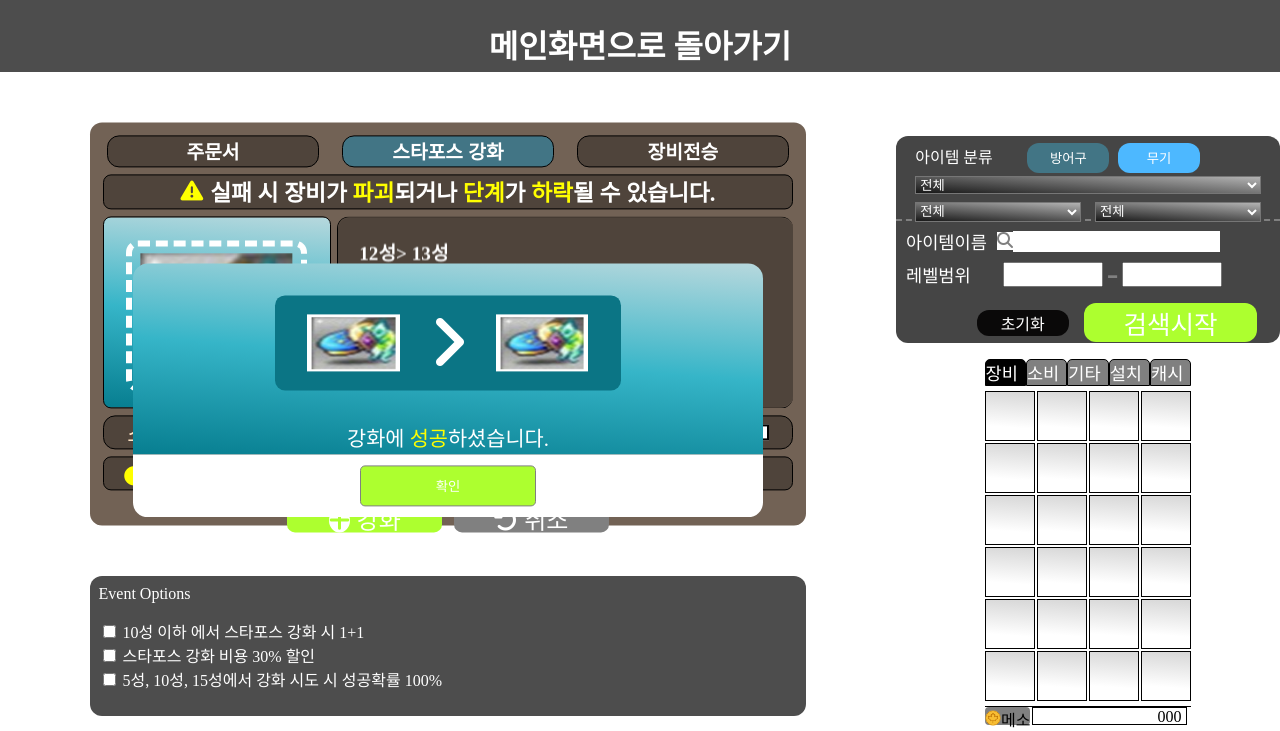
Repository: Unique0902/maple-sim
Page: starsim.html
The author's editor kept a copy of each file at every save. The page is drawn from the files as they stood at one save, then again after the next save.
The browser window is 1280 px wide. The pictures show the whole page.
Some web libraries are served in a nearby version.

Above is the page before, as saved 2022-07-19 00:43:19.

### starsim.html
<!DOCTYPE html>
<html>
  <head>
    <meta charset="utf-8" />
    <script src="https://cdn.jsdelivr.net/npm/sweetalert2@9"></script>
    <link rel="stylesheet" href="starCatchFrame.css" />
    <title>스타포스 시뮬레이터</title>
    <script
      src="https://kit.fontawesome.com/5e90eb26c9.js"
      crossorigin="anonymous"
    ></script>
    <link rel="stylesheet" href="starsim_style.css" />
    <script src="starForceLogic.js" defer></script>
    <script src="starsim_main.js" defer></script>
  </head>
  <body>
    <header>
      <a href="index.html" class="header__anchor"
        ><h1>메인화면으로 돌아가기</h1></a
      >
    </header>
    <main>
      <section class="reinforceWindow">
        <div class="reinforceBox">
          <div class="renforceBox__outerBox none">
            <div class="reinforceBox__borderBox">
              <img
                src="picture/drag.png"
                alt="dragout"
                class="reinforceBox__img"
              />
              <p class="reinforceBox__description">
                강화할 장비를<br />올려주세요.
              </p>
            </div>
          </div>
          <div class="starforceBox ">
            <div class="starforceBox__reinforceSelects">
              <button class="starforceBox__reinforceSelect">
                주문서
              </button>
              <button class="starforceBox__reinforceSelect selected">
                스타포스 강화
              </button>
              <button class="starforceBox__reinforceSelect">
                장비전승
              </button>
            </div>
            <div class="starforceBox__alertBox">
              <i class="fa-solid fa-triangle-exclamation"></i>
              <span class="alertBox__description">
                실패 시 장비가 <span class="yellow">파괴</span>되거나 <span class="yellow">단계</span>가 <span class="yellow">하락</span>될 수 있습니다.
              </span>
            </div>
            <div class="starforceBox__mainItemBlock">
              <div class="mainItemBlock__itemView">
                <div class="mainItemBlock__detailStarforce">
                  <div class="detailStarforce__lineRight"></div>
                  <div class="detailStarforce__text">10성+</div>
                  <div class="detailStarforce__lineLeft"></div>
                </div>
                <div class="mainItemBlock__borderBlock">
                  <img src="picture/archer_hat_150.jpg" alt="" class="mainItemBlock__itemImg">
                </div>
              </div>
              <div class="mainItemBlock__reinforceDescription">
                <span id="beforeStar">12</span>성> <span id="nextStar">13</span>성<br>
                성공확률: <span id="successPer">40.0</span>%<br>
                실패(<span id="minOrMain">하락</span>)확률: <span id="failPer">40.0</span>%<br>
                <span id="destroyed">파괴확률: <span id="destroyPer">40.0</span>%<br></span>
                <br>
                <span id="str">STR: +<span id="strStat">3</span><br></span>
                <span id="dex">DEX: +<span id="dexStat">3</span><br></span>
                <span id="int">INT: +<span id="intStat">3</span><br></span>
                <span id="luk">LUK: +<span id="lukStat">3</span><br></span>
                <span id="attack">공격력: +<span id="attackStat">3</span><br></span>
                <span id="magic">마력: +<span id="magicStat">3</span><br></span>
                <span id="maxHp">최대 HP: +<span id="maxHpStat">5</span><br></span>
                <span id="maxMp">최대 MP: +<span id="maxMpStat">5</span><br></span>
                <span id="defense">방어력: +<span id="defenseStat">5</span><br></span>
                <span id="speed">이동속도: +<span id="speedStat">5</span><br></span>
                <span id="jump">점프력: +<span id="jumpStat">5</span><br></span>
              </div>
            </div>
            <div class="starforceBox__starforceOptions">
              <div class="starforceOption">
                <span class="starforceOption__title">스타캐치 해제</span>
                <input type="checkbox" name="unlockStarcatch" class="starforceOption__checkBox" id="unlockStarcatch">
                <label for="unlockStarcatch"></label>
              </div>
              <div class="starforceOption">
                <span class="starforceOption__title">파괴방지</span>
                <input type="checkbox" name="preventDestruction" class="starforceOption__checkBox" id="preventDestruction">
                <label for="preventDestruction"></label>
              </div>
            </div>
            <div class="starforceBox__necessaryMoneyBlock">
              <div class="necessaryMoneyBlock__titleBox">
                <i class="fa-solid fa-circle"></i>
                <span class="necessaryMoneyBlock__title">필요한 메소:</span>
              </div>
              <div class="necessaryMoneyBlock__leftMoney">10,000</div>
            </div>
            <div class="starforceBox__reinforceBtns">
              <button class="starforceBox__reinforceBtn">
                <i class="fa-solid fa-plus"></i>
                <span class="reinforceBtn__title">강화</span>
              </button>
              <button class="starforceBox__cancelBtn">
                <i class="fa-solid fa-rotate-left"></i>
                <span class="cancelBtn__title">취소</span>
              </button>
            </div>
          </div>
          <div class="reinforceAdditionBox none">
            <div class="reinforceAdditionBox__descriptionBlock">
              <div class="reinforceAdditionBox__description">
                <span id="addition__moneyText">10000</span> 메소<br>
                <br>
                <span id="addition__diminishText">강화 실패 시 강화 단계가 하락됩니다.<br></span>
                <span id="addition__destroyAndDiminishText">강화 실패 시 장비가 파괴되거나<br>
                강화 단계가 하락될 수 있습니다.<br>
                </span>
                <span id="addition__destroyText">강화 실패 시 장비가 파괴될 수 있습니다.<br></span>
                <span id="addition__reinforceTryText">강화를 시도하시겠습니까?</span>
              </div>
            </div>
            <div class="reinforceAdditionBox__buttonsBlock">
              <button class="reinforceAdditionBox__confirmBtn">
                확인
              </button>
              <button class="reinforceAdditionBox__cancelBtn">
                취소
              </button>
            </div>
          </div>
          <div class="reinforceResultBox ">
            <div class="reinforceResultBox__mainBlock">
              <div class="reinforceResultBox__imgChangeBlock">
                <div class="imgChangeBlock__beforeBlock">
                  <img src="picture/archer_hat_150.jpg" class="beforeImg" alt="">
                </div>
                <i class="fa-solid fa-angle-right"></i>
                <div class="imgChangeBlock__afterBlock">
                  <img src="picture/archer_hat_150.jpg" class="afterImg" alt="">
                </div>
              </div>
              <div class="reinforceResultBox__description">
                <span id="resultSuccessText">강화에 <span id="yellow">성공</span>하셨습니다.</span>
                <span id="resultFailText" class="none">강화에 <span id="red">실패</span>하여 강화 단계가 <span id="red">하락</span>하였습니다.</span>
              </div>
            </div>
            <div class="reinforceResultBox__buttonsBlock">
              <button class="reinforceResultBox__confirmBtn">
                확인
              </button>
            </div>
          </div>
        </div>
      </section>
      <aside>
        <section class="itemSelectWindow">
          <div class="itemSelctWindow__optionSelect">
            <div class="optionSelect__header">
              <div class="optionSelect__title">아이템 분류</div>
              <div class="optionSelct__buttons">
                <button class="clothBtn selected">방어구</button>
                <button class="weaponBtn">무기</button>
              </div>
            </div>
            <div class="itemSlectWindow__selects">
              <div class="jobOption">
                <select name="job" id="job">
                        <option>전체</option>
                        <option>전사</option>
                        <option>마법사</option>
                        <option>궁수</option>
                        <option>도적</option>
                        <option>해적</option>
                </select>
            </div>
            <div class="itemOptions">
                <div class="itemType">
                    <select name="itemType" id="itemType">
                        <option selected>전체</option>
                        <option>방어구</option>
                        <option>장신구</option>
                        <option>기타</option>
                    </select>
                </div>
                <div class="bodyPartOption">
                    <select name="bodyPart" id="bodyPart">
                        <option selected>전체</option>
                    </select>
                </div>
            </div>
            </div>

          </div>
          <div class="line"></div>
          <div class="itemSelectWindow__nameSearch">
            <label class="nameSearch__title">아이템이름</label>
              <span class="nameSearch__searchImg"><i class="fa-solid fa-magnifying-glass"></i></span>
            <input type="search" maxlength="30" class="nameSearch__searchBlock"></input>
          </div>
          <div class="itemSelectWindow__levelLimit">
            <label class="levelLimit__title">레벨범위</label>
            <div class="levelLimit__option">
              <input type="number" class="levelLimit__frontLevel">
              <span class="levelLimit__borderline">-</span>
              <input type="number" class="levelLimit__backLevel">
            </div>
          </div>
          <div class="searchBtns">
            <button class="searchClearBtn">초기화</button>
            <button class="searchStartBtn">검색시작</button>
          </div>
        </section>
        <section class="itemWindow">
          <ul class="itemDivisions">
            <li class="itemDivision sel">장비</li>
            <li class="itemDivision">소비</li>
            <li class="itemDivision">기타</li>
            <li class="itemDivision">설치</li>
            <li class="itemDivision">캐시</li>
          </ul>
          <div class="itemWindow__items">
            <table class="items__table">

              <tbody>
                <tr id="tr1">
                  <td class="tr1" id="td1"></td>
                  <td class="tr1" id="td2"></td>
                  <td class="tr1" id="td3"></td>
                  <td class="tr1" id="td4"></td>
                </tr>
                <tr id="tr2">
                  <td class="tr2" id="td1"></td>
                  <td class="tr2" id="td2"></td>
                  <td class="tr2" id="td3"></td>
                  <td class="tr2" id="td4"></td>
                </tr>
                <tr id="tr3">
                  <td class="tr3" id="td1"></td>
                  <td class="tr3" id="td2"></td>
                  <td class="tr3" id="td3"></td>
                  <td class="tr3" id="td4"></td>
                </tr>
                <tr id="tr4">
                  <td class="tr4" id="td1"></td>
                  <td class="tr4" id="td2"></td>
                  <td class="tr4" id="td3"></td>
                  <td class="tr4" id="td4"></td>
                </tr>
                <tr id="tr5">
                  <td class="tr5" id="td1"></td>
                  <td class="tr5" id="td2"></td>
                  <td class="tr5" id="td3"></td>
                  <td class="tr5" id="td4"></td>
                </tr>
                <tr id="tr6">
                  <td class="tr6" id="td1"></td>
                  <td class="tr6" id="td2"></td>
                  <td class="tr6" id="td3"></td>
                  <td class="tr6" id="td4"></td>
                </tr>
              </tbody>
            </table>
          </div>
          <div class="itemWindow__moneyBlock">
            <span class="moneyBlock__title"
              ><img src="picture/mapleCoin-removebg-preview.png" alt="meso" class="mesoImg" />메소</span
            >
            <span class="moneyBlock__nowMoney">000</span>
          </div>
          <div class="followedItemBox">

          </div>
        </section>
      </aside>
    </main>
    <footer>
      <section class="optionWindow">
        <div class="optionWindow__title">
          Event Options
        </div>
        <ul class="reinforceEvents">
          <li class="reinforceEvent">
            <input type="checkbox" id="onePlusOne">
            <label for="onePlusOne" class="onePLusOne_label">10성
               이하 에서 스타포스 강화 시 1+1
              </label>
              </li>
              <li class="reinforceEvent">
                <input type="checkbox" id="onePlusOne">
                <label for="onePlusOne" class="onePLusOne_label">스타포스
                   강화 비용 30% 할인
                  </label>
                  </li>
                  <li class="reinforceEvent">
                    <input type="checkbox" id="onePlusOne">
                    <label for="onePlusOne" class="onePLusOne_label">5성, 10성, 15성에서 강화 시도 시 성공확률 100%
                      </label>
                      </li>
        </ul>
      </section>
    </footer>
    <section class="searchedPageWindow none">
      <div class="searchedPageWindow__header">
        <div class="searchedPageWindow__title">
          | 검색결과
        </div>
        <button class="searchedPageWindow__previousBtn"><</button>
        <div class="searchedPageWindow__pageInformation">0 / 0</div>
        <button class="searchedPageWindow__nextBtn">></button>
        <button class="searchedPageWindow__cancelBtn">X</button>
      </div>
      <div class="searchedPageWindow__itemTableSubBlock">
        <div class="itemTableSubBlock__itemName">
          아이템 이름
        </div>
        <div class="itemTableSubBlock__levelLimit">
          레벨 제한
        </div>
      </div>
      <div class="searchedPageWindow__itemTable">

      </div>
    </section>
  </body>
</html>

### starCatchFrame.css
@-webkit-keyframes move{
  from{
    top: 345px;
    left: 140px;
  }
  to{
    top: 345px;
    left: 490px;
  }
}
#starCatchFailedImage{
  display: none;
  position: relative;
  z-index: 4;
  height: 65px;
  width: 200px;
  bottom: 30px;
  left: 180px;
}
#starCatchSuccessImage{
  display: none;
  position: relative;
  z-index: 4;
  height: 65px;
  width: 200px;
  bottom: 30px;
  left: 180px;
}
#starCatchStartImage{
  display: none;
  position: relative;
  z-index: 3;
  height: 250px;
  width: 350px;
  bottom: 180px;
  left: 60px;
}
#starCatch5secondImage, #starCatch4secondImage, #starCatch3secondImage, #starCatch2secondImage, #starCatch1secondImage{
  display: none;
  position: relative;
  z-index: 3;
  height: 200px;
  width: 200px;
  bottom: 300px;
  left: 160px;
}
#starForceSuccessImage, #starForceFailedImage{
  display: none;
  position: relative;
  z-index: 4;
  height: 200px;
  width: 200px;
  bottom: 350px;
  left: 160px;
}
#starCatchGrid{
  display= grid;
  position: relative;
  z-index: 2;
  grid-template-columns: 1fr;
   grid-template-rows: 2fr 6fr 1fr 1fr;
   background-color: black;
   width:500px;
   bottom: 350px;
}
#tel{
  margin-left: 50px;
  height: 40px;
  width: 400px;
  background-color:#1E3269;
}

#starstar{
  position:absolute;
  top: 70px;
  left:100px;
  width:40px;
  height:40px;
  margin-left:-90px;
  animation: move 2s alternate both infinite running;

}
#targetZone{
  margin-left: 155px;
  background-color: #FFAA28;
  height: 40px;
  width: 80px;
}

#backback{
  background-color: skyblue;
  width: 300px;
  height: 300px;
  margin-left: 100px;

}
#description{
  background-color: white;
  border: 1px solid black;
  width: 500px;
}
#picturesajin{
  width: 200px;
  height: 200px;
  margin-top: 50px;
  margin-left: 50px;
}
#button{
  width: 116px;
      height: 46px;
}

Loaded but not shown: starsim_main.js (2035 lines, source omitted); starForceLogic.js (584 lines, source omitted); starsim_style.css (954 lines, source omitted)

After the next save:
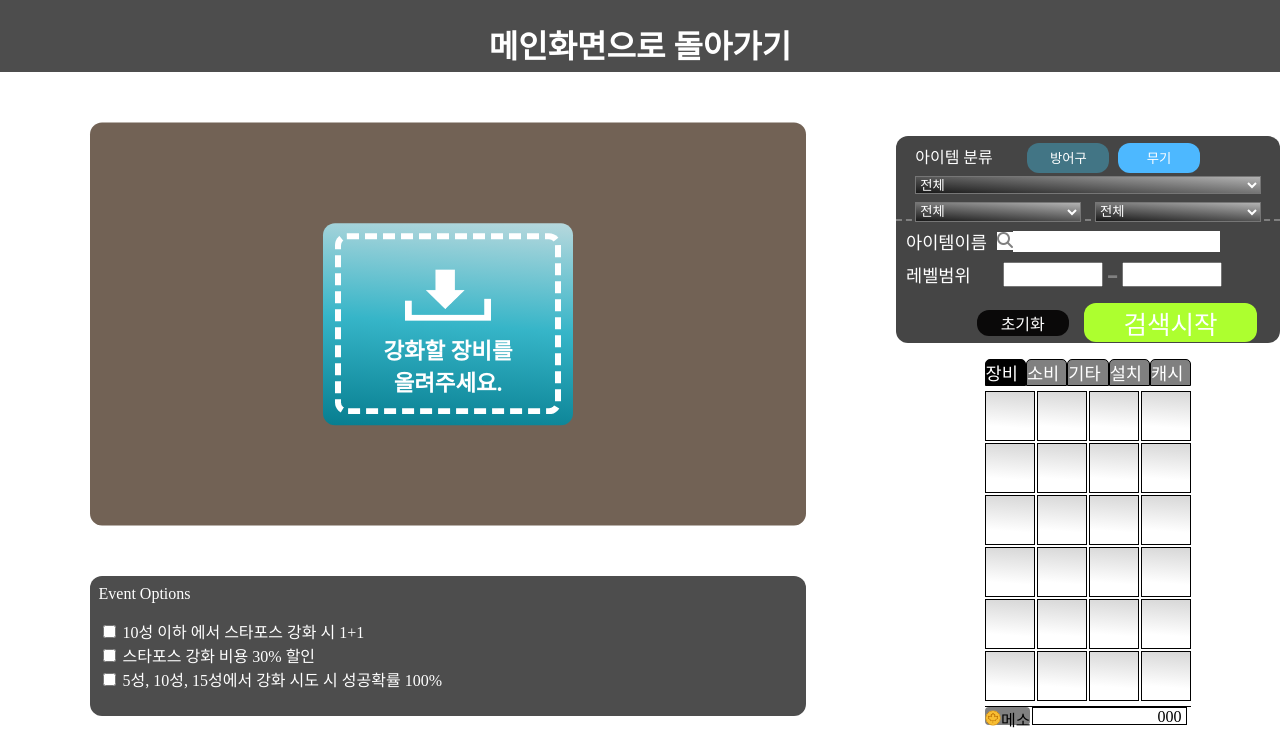
Saved 60 s later.
--- a/starsim.html
+++ b/starsim.html
@@ -22,7 +22,7 @@
     <main>
       <section class="reinforceWindow">
         <div class="reinforceBox">
-          <div class="renforceBox__outerBox none">
+          <div class="renforceBox__outerBox">
             <div class="reinforceBox__borderBox">
               <img
                 src="picture/drag.png"
@@ -34,7 +34,7 @@
               </p>
             </div>
           </div>
-          <div class="starforceBox ">
+          <div class="starforceBox none">
             <div class="starforceBox__reinforceSelects">
               <button class="starforceBox__reinforceSelect">
                 주문서
@@ -134,7 +134,7 @@
               </button>
             </div>
           </div>
-          <div class="reinforceResultBox ">
+          <div class="reinforceResultBox none">
             <div class="reinforceResultBox__mainBlock">
               <div class="reinforceResultBox__imgChangeBlock">
                 <div class="imgChangeBlock__beforeBlock">
